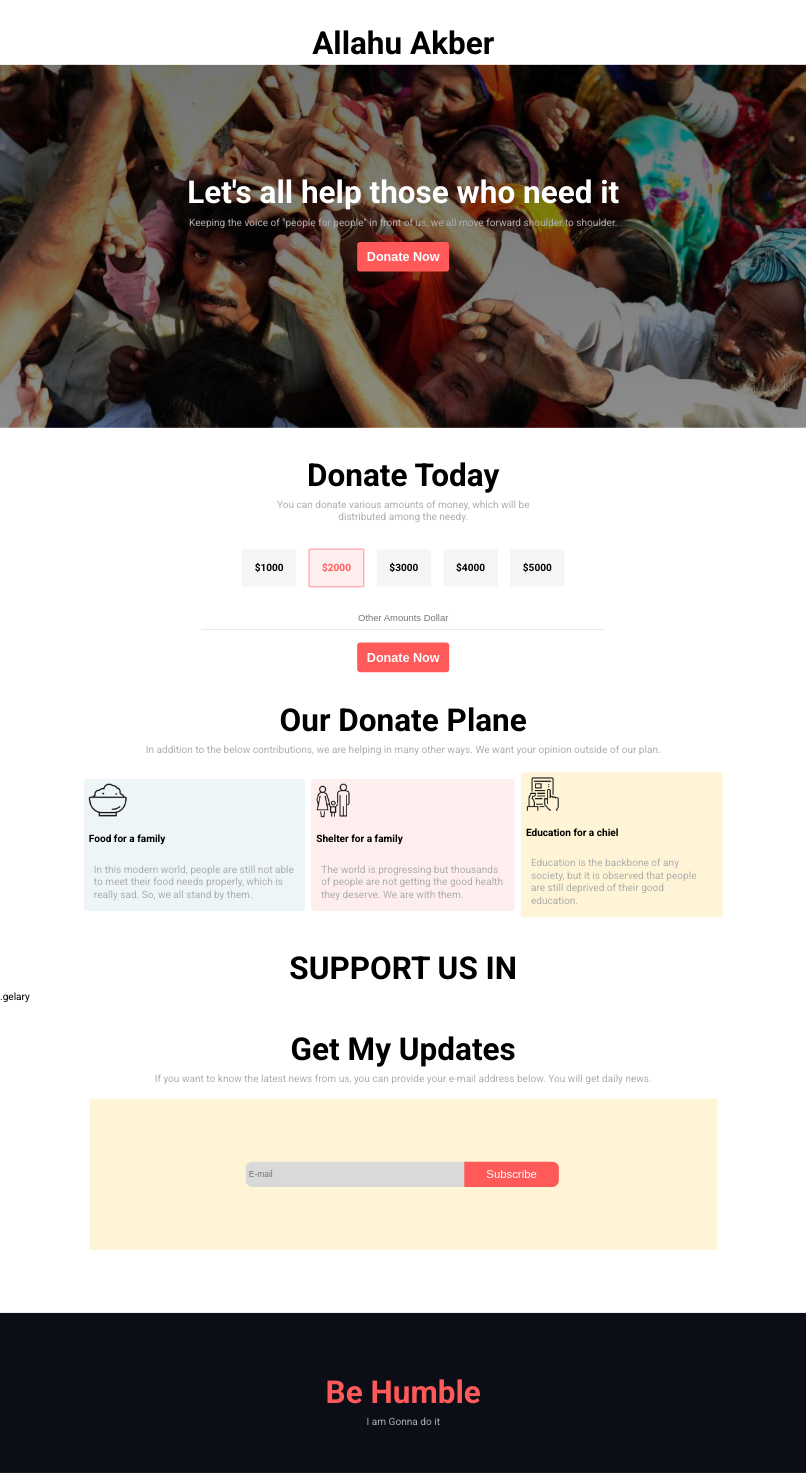
Repository: zjria/suppert-the-helpness
Page: index.html
An editor plug-in stored every save of this project. The page is shown before and after the next save, followed by the edit.
The browser window is 1280 px wide. The pictures show the whole page, at 63% of full size.

Above is the page before, as saved 2022-08-27 08:53:44.

### index.html
<!DOCTYPE html>
<html lang="en">

<head>
    <meta charset="UTF-8">
    <meta http-equiv="X-UA-Compatible" content="IE=edge">
    <meta name="viewport" content="width=device-width, initial-scale=1.0">
    <title>Support the helpless</title>
    <!-- Google Fonts -->
    <link rel="preconnect" href="https://fonts.googleapis.com">
    <link rel="preconnect" href="https://fonts.gstatic.com" crossorigin>
    <link href="https://fonts.googleapis.com/css2?family=Roboto:wght@100;300;400;500;700;900&display=swap"
        rel="stylesheet">
    <!-- Custom CSS -->
    <link rel="stylesheet" href="style.css">
</head>

<body>
    <h1>Allahu Akber</h1>
    <!-- Header Section -->
    <section class="header_section">
        <div class="header-text">
            <h1>Let's all help those who need it</h1>
            <p>Keeping the voice of "people for people" in front of us, we all move forward shoulder to shoulder.</p>
            <button class="button-style">Donate Now</button>
        </div>
    </section>
    <!-- Donate today Section -->
    <section class="donate-today">
        <h1>Donate Today</h1>
        <p>You can donate various amounts of money, which will be <br> distributed among the needy.</p>
        <div class="amounts">
            <div class="dollar">$1000</div>
            <div class="dollar" id="second">$2000</div>
            <div class="dollar">$3000</div>
            <div class="dollar">$4000</div>
            <div class="dollar">$5000</div>
        </div>
        <div class="input-field">
            <input type="text" placeholder="Other Amounts Dollar">
            <div class="line-style">
            </div>
            <button class="button-style">Donate Now</button>
        </div>
    </section>
    <!-- Our Donate Plane Section -->
    <section class="donate-lane">
        <h1>Our Donate Plane</h1>
        <p>In addition to the below contributions, we are helping in many other ways. We want your opinion outside of
            our plan.</p>

        <div class="our-plan">
            <div class="plane" id="plane-one">
                <img src="images/food.png" alt="">
                <h4>Food for a family</h4>
                <p>In this modern world, people are still not able to meet their food needs properly, which is really
                    sad. So, we all stand by them.
                </p>
            </div>
            <div class="plane" id="plane-tow">
                <img src="images/shelter.png" alt="">
                <h4>Shelter for a family</h4>
                <p>The world is progressing but thousands of people are not getting the good health they deserve. We are
                    with them.
                </p>
            </div>
            <div class="plane" id="plane-three">
                <img src="images/Frame-1.png" alt="">
                <h4>Education for a chiel</h4>
                <p>Education is the backbone of any society, but it is observed that people are still deprived of their
                    good education.
                </p>
            </div>
        </div>

    </section>

    <!-- SUPPORT US IN -->
    <section class="support">
        <h1>SUPPORT US IN</h1>
        .gelary
    </section>

    <!-- Get my updates -->
    <section class="updates">
        <h1>Get My Updates</h1>
        <p>If you want to know the latest news from us, you can provide your e-mail address below. You will get daily
            news.</p>
        <div class="color">
            <form class="box">
                <input class="input-email" type="email" id="email" pattern=".+@globex\.com" size="30" required
                    placeholder="E-mail">
                <input class="input-submit" type="submit" name="" value="Subscribe">
            </form>
        </div>
    </section>
    <!-- Footer Section -->
    <section class="footer">
        <div class="footer-style">
            <h1>Be Humble</h1>
            <p>I am Gonna do it</p>
        </div>
    </section>
</body>

</html>

### style.css
body {
    font-family: 'Roboto', sans-serif;
    margin: 0%;
    padding: 0%;
}

/* Header Section */
.header_section {
    background-image: linear-gradient(rgb(0, 0, 0, 0.55), rgb(0, 0, 0, 0.45)), url(images/header.jpg);
    background-position: center;
    background-size: cover;
    width: 100%;
    height: 80vh;
    color: white;
}

.header-text {
    margin: auto;
    justify-content: center;
    align-items: center;
    padding-top: 10%;
}

h1 {
    font-size: 50px;
    padding: 5px;
    margin-bottom: 1px;
    text-align: center;

}

p {
    font-size: 16px;
    padding: 2px;
    margin: 0px 0px 20px 0px;
    font: bolder;
    text-align: center;
    color: #aeaeae;
}

.button-style {
    font-size: 20px;
    padding: 12px 15px;
    background-color: #ff5959;
    color: white;
    border-radius: 5px;
    border: none;
    font-weight: 700;
    text-align: center;
    align-items: center;
    justify-content: center;
    margin: 0 auto;
    display: flex;
}


/* donate-today */
.amounts {
    display: flex;
    margin: auto;
    align-items: center;
    text-align: center;
    justify-content: center;
}

.dollar {
    padding: 20px;
    background: rgb(247, 244, 244);
    margin: 20px 10px 30px 10px;
    border-radius: 2px;
    font-weight: bold;
}

.dollar#second {
    border: 1px solid #ff5959;
    background: #ffeeee;
    transition: none;
    transform: none;
    color: #ff5959;
    font-weight: bold;
}

.input-field input {
    text-align: center;
    align-items: center;
    margin: 0 auto;
    display: flex;
    border: 0;
    padding: 10px 15px;
    width: 50%;
    font-size: 15px;
}

.input-field .line-style {
    width: 50%;
    text-align: center;
    align-items: center;
    margin: 0 auto;
    content: '';
    background-color: #dadada;
    color: #dadada;
    height: 1px;
    margin-bottom: 20px;
}

.our-plan {
    display: flex;
    width: 80%;
    text-align: center;
    justify-content: center;
    margin: 0 auto;
    align-items: center;

}

.plane,
.plane p {
    margin: 5px;
    text-align: start;
    padding: 8px;
    border-radius: 5px;
}

.plane p {
    margin: 0px;
    line-height: 20px;
}

.plane#plane-one {
    background-color: #edf5f6;
}

.plane#plane-tow {
    background-color: #ffeeee;
}

.plane#plane-three {
    background-color: #fff4d6;
}

.updates {
    margin: 20px 0px;
}

/* Get my updates */
.color {
    background-color: #fff4d6;
    width: 70%;
    padding: 50px;
    text-align: center;
    justify-content: center;
    align-items: center;
    margin: 0 auto;
    box-sizing: content-box;
}

.box {
    display: flex;
    text-align: center;
    justify-content: center;
    align-items: center;
    margin: 0 auto;
    padding: 50px;
}

.input-email {
    background: #fff;
    width: 340px;
    height: 30px;
    border: none;
    outline: none;
    padding: 5px;
    border-radius: 10px 0px 0px 10px;
    background-color: #d9d9d9;
}

.input-submit {
    position: relative;
    width: 150px;
    height: 40px;
    border: none;
    outline: none;
    padding: 5px;
    border-radius: 0px 10px 10px 0px;
    cursor: pointer;
    background-color: #ff5959;
    left: -3px;
    font-size: 18px;
    color: white;
}

/* Footer Section */
.footer-style {
    background-color: #0b0d17;
    margin: 100px 0px 0px 0px;
    padding: 50px 0px;
    color: white;
}

.footer-style h1 {
    color: #ff5959;

}

After the next save:
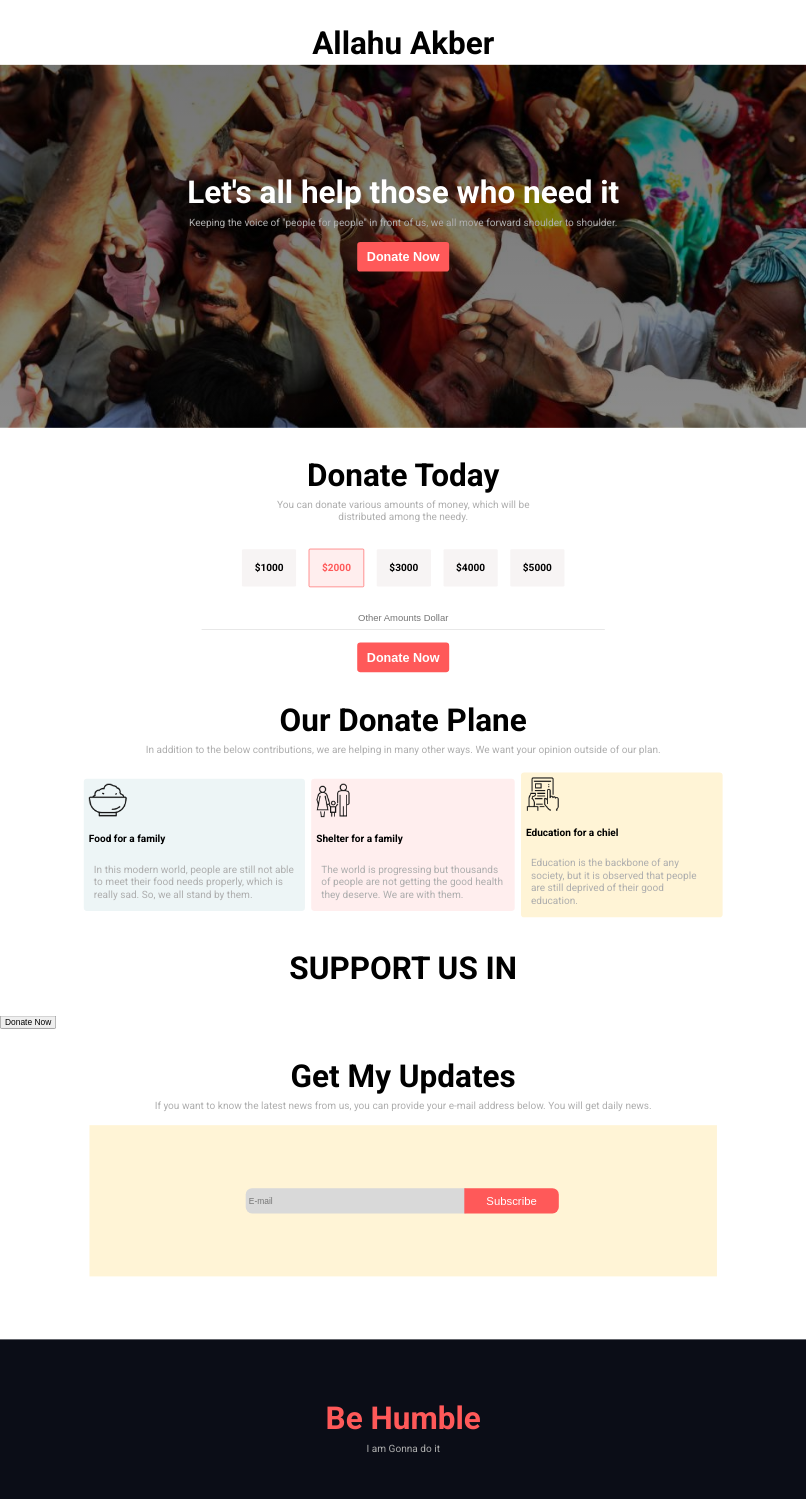
Saved 2 min 53 s later.
--- a/index.html
+++ b/index.html
@@ -78,7 +78,11 @@
     <!-- SUPPORT US IN -->
     <section class="support">
         <h1>SUPPORT US IN</h1>
-        .gelary
+        <div class="gallery">
+            <img src="" alt="">
+            <h4></h4>
+            <button>Donate Now</button>
+        </div>
     </section>
 
     <!-- Get my updates -->
